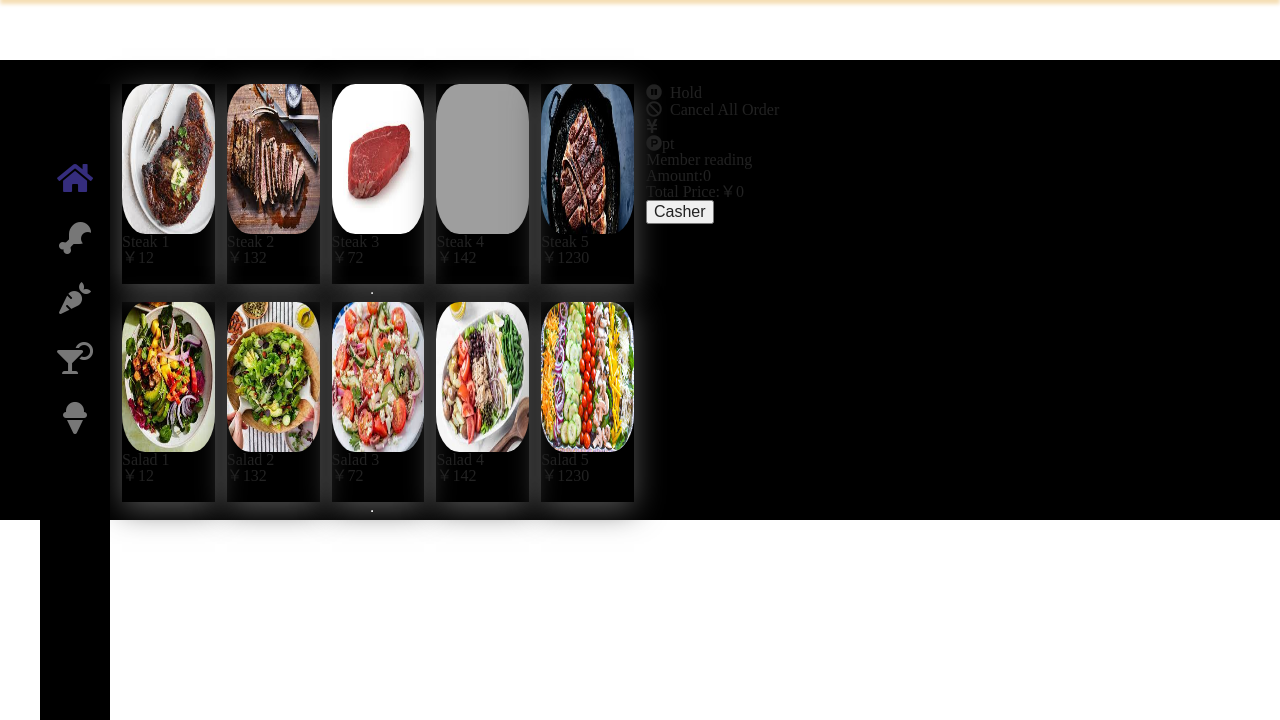
Repository: vuhungson158/Menu
Page: /
The author's editor kept a copy of each file at every save. The page is drawn from the files as they stood at one save, then again after a run of saves.
The browser window is 1280 px wide. The pictures show the whole page.
Pictures or frames that could not be fetched are drawn as grey boxes. The project was rebuilt for these pictures with package versions that can differ from the ones it lists, and the page was loaded fresh each time. Also part of the build but not shown: src/component/mainMenu/orderBlock/orderContent/OrderedItem.jsx, src/redux-store/actions/HoldActions.jsx, src/component/mainMenu/orderBlock/utilities/HoldItem.jsx.

Above is the page before, as saved 2021-08-22 09:40:45.

After the next 2 saves:
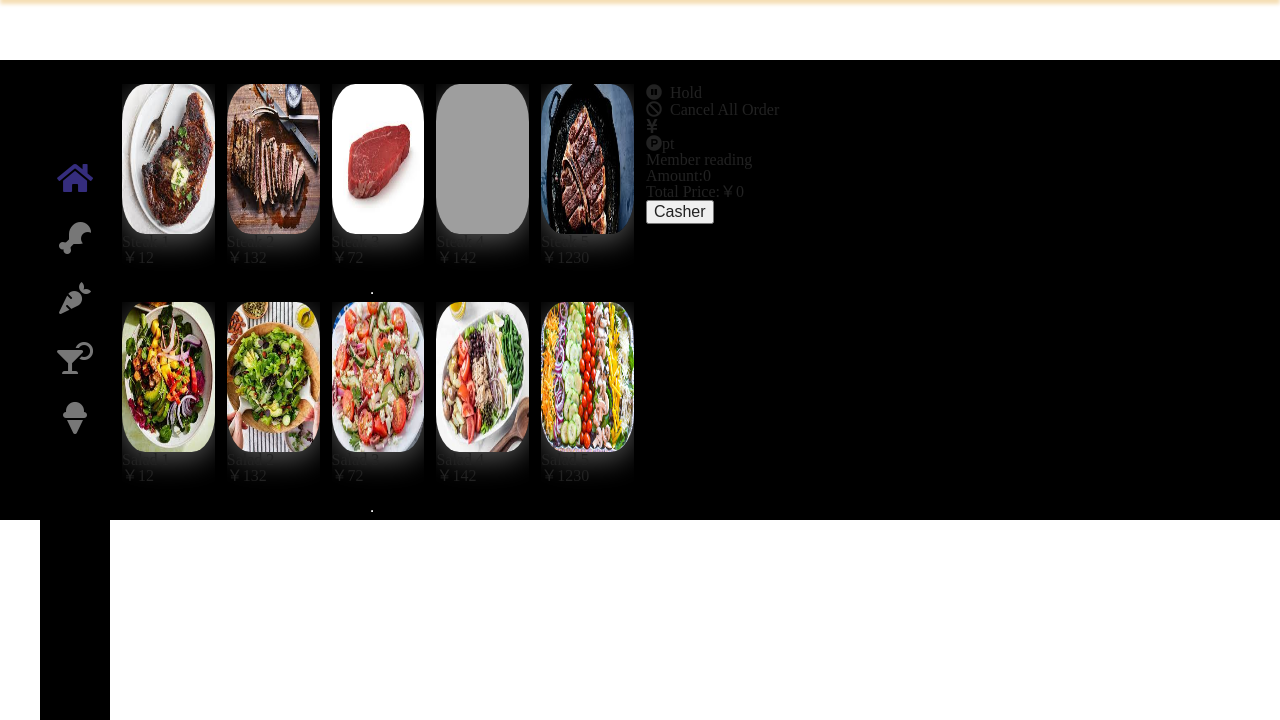
The 2 saves are shown as one change because they came seconds apart.
The last was saved 18 s later.
--- a/src/styles/App.scss
+++ b/src/styles/App.scss
@@ -226,15 +226,15 @@ body {
                         margin-left: calc(-1 * var(--spacing));
                         .food-item {
                             overflow: hidden;
-                            box-shadow: 0 7px 29px 0 $box-shadow-color;
                             margin-left: var(--spacing);
                             width: calc(100% / var(--columns) - var(--spacing));
                             display: flex;
                             flex-direction: column;
                             height: 200px;
-                            img{
+                            img {
                                 height: 150px;
                                 border-radius: 25%;
+                                box-shadow: 0 7px 29px 0 $box-shadow-color;
                             }
                         }
                     }
